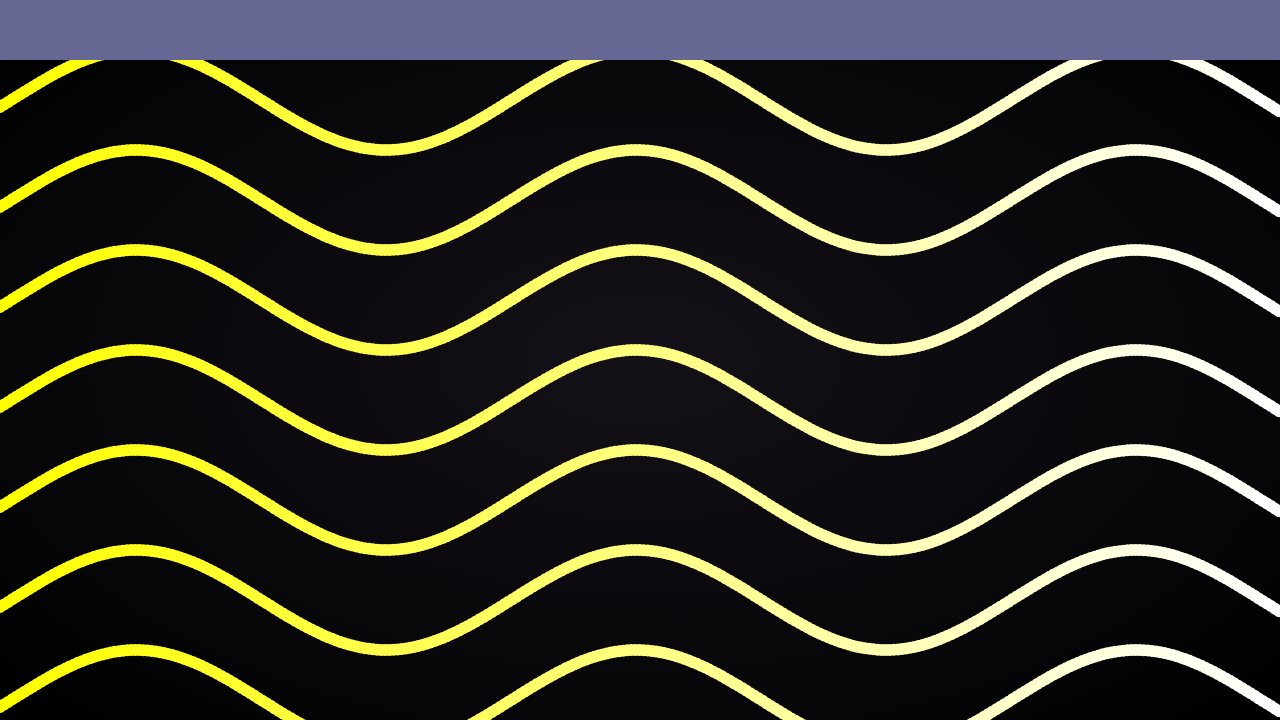
Repository: Iban-del/ProjetBacIban
Page: index.html
These files come from the project's save history. The page is drawn as it stood at one moment and after the next save; the edit follows.
The browser window is 1280 px wide. The pictures show the whole page.

Above is the page before, as saved 2025-02-18 20:21:15.

After the next save:
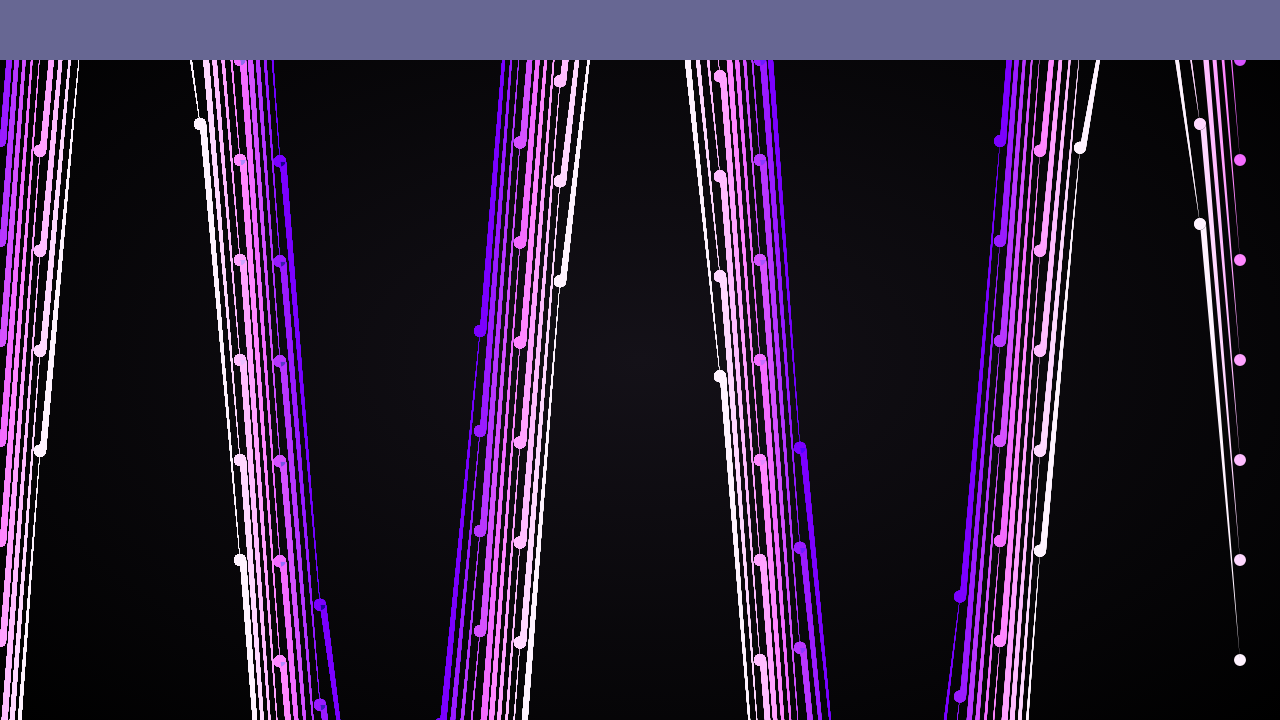
Saved 22 h 33 min later.
--- a/js/background.js
+++ b/js/background.js
@@ -50,9 +50,8 @@ function canvasStyle(canvas){
 /**
  * fonction de création d'une vague
  */
-function vague(x){
+function vague(x,A){
 
-    const A = 50;//l'amplitude
     const lambda = 0.002;//longueur d'onde
     const k = lambda*2*Math.PI; //nombre oscilation
     const phi = 3;//décalage
@@ -64,26 +63,49 @@ function vague(x){
  * affichage de la vague
  * @param CanvasRenderingContext2D  ctx
  */
-function drawVague(ctx){
+function drawVague(ctx,canvas,A){
 
     if(ctx instanceof CanvasRenderingContext2D){
-        for(let t = 0;t < window.innerHeight;t+= 100){
-            for(let i = 0 ;i < window.innerWidth;i+=4.1){
+
+        let color =0;
+        for(let t = -100;t < window.innerHeight+100;t+= 100){
+            ctx.beginPath();
+            for(let i = 0 ;i < window.innerWidth;i+=40){
                 let x = i
-                let y = vague(x)+(t);
-                ctx.beginPath();
+                let y = vague(x,A)+(t)+(x*0.1);
+                ctx.lineTo(x,y)
                 ctx.moveTo(x,y)
-                ctx.fillStyle=`rgb(255,255,${i*0.2})`;
+                ctx.fillStyle=`rgb(${color+(i*.1)},${color*0.9},${color+(i*.49)})`;
                 ctx.arc(x,y,6,0,Math.PI*2,true)
                 ctx.fill();
-                console.log("test")
             }
+            color+=30;
         }
 
     }
 
+
 }
 
+/**
+ * fonction pour annimer le fond
+ */
+function animateBackground(ctx,canvas,A){
+
+    let steep = 1;
+    drawVague(ctx,canvas,A)
+
+    if(A > 900){
+
+        steep =1;
+
+    }else if(A < 10){
+        steep =-1;
+    }
+
+    requestAnimationFrame(animateBackground(ctx,A+steep));
+
+}
 
 
 /**
@@ -98,7 +120,7 @@ function init(){
         const ctx = canvas.getContext('2d');
 
         canvasStyle(canvas);
-        drawVague(ctx)
+        animateBackground(ctx,canvas,1000)
 
     }
 }
